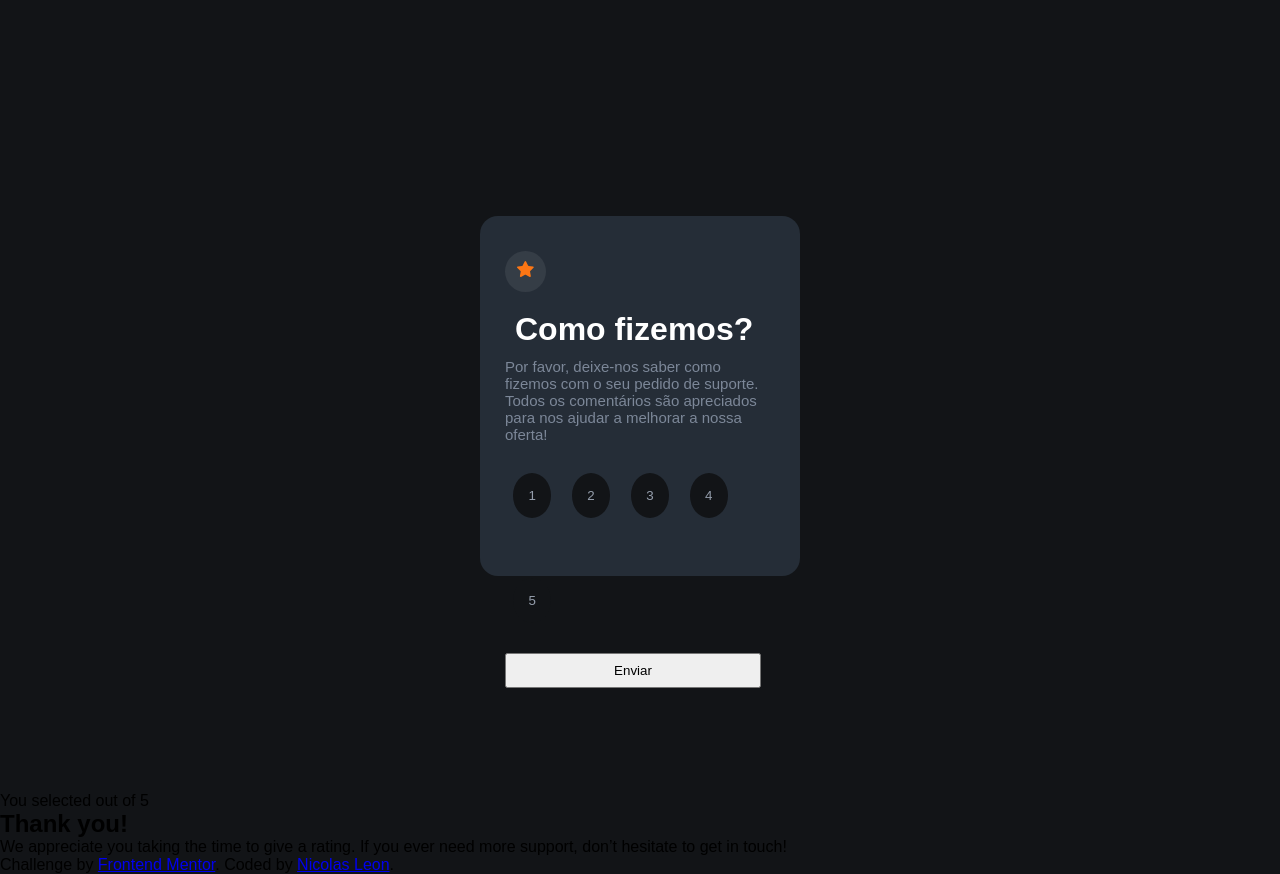
Repository: Leonngc/projeto-avaliacao
Page: index.html
The author's editor kept a copy of each file at every save. The page is drawn from the files as they stood at one save, then again after the next save.
The browser window is 1280 px wide. The pictures show the whole page.

Above is the page before, as saved 2023-01-26 11:49:34.

After the next save:
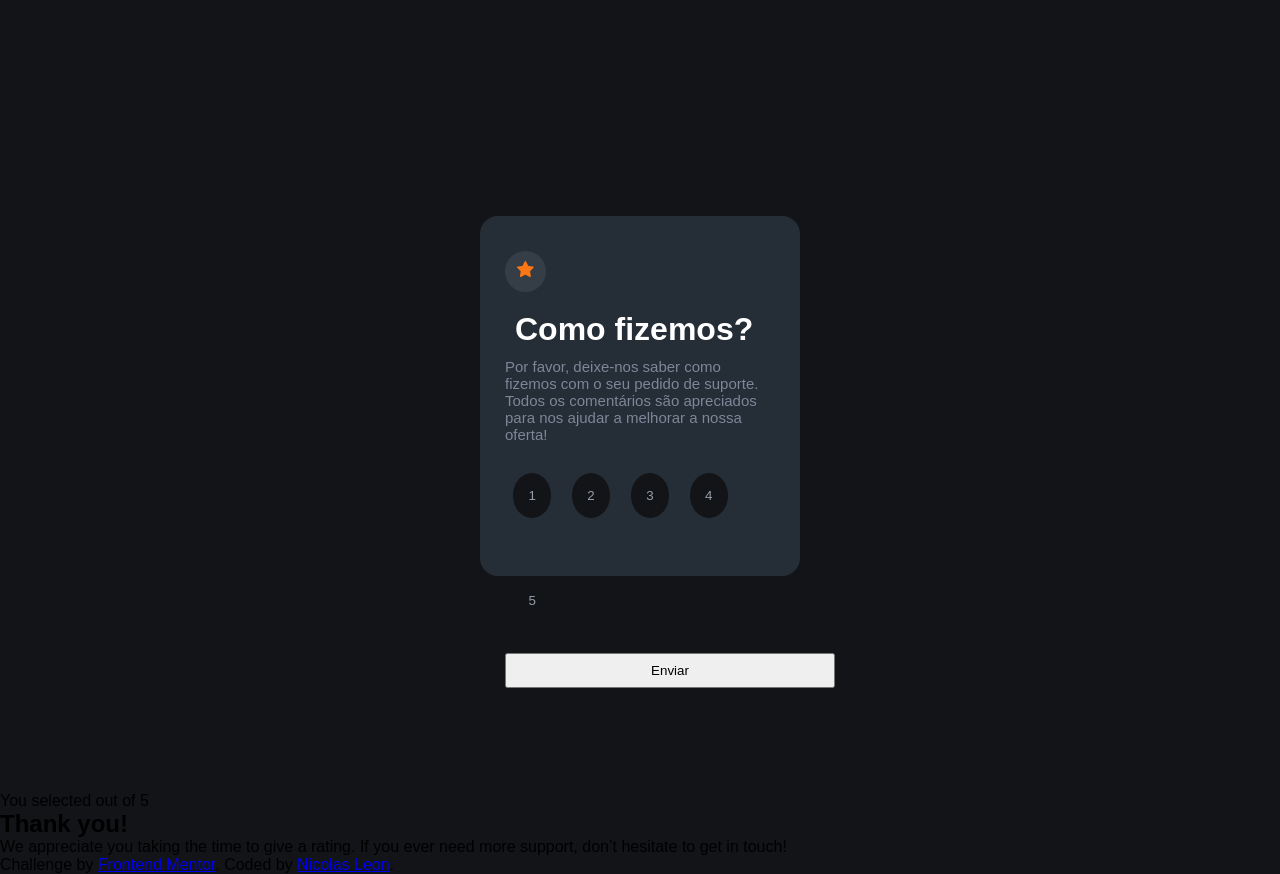
Saved 9 s later.
--- a/styles/style.css
+++ b/styles/style.css
@@ -67,7 +67,7 @@ span > img{
 }
 
 #submit{
-    width: 20vw;
+    width: 330px;
     margin: auto;
     padding: 8px;
 }
